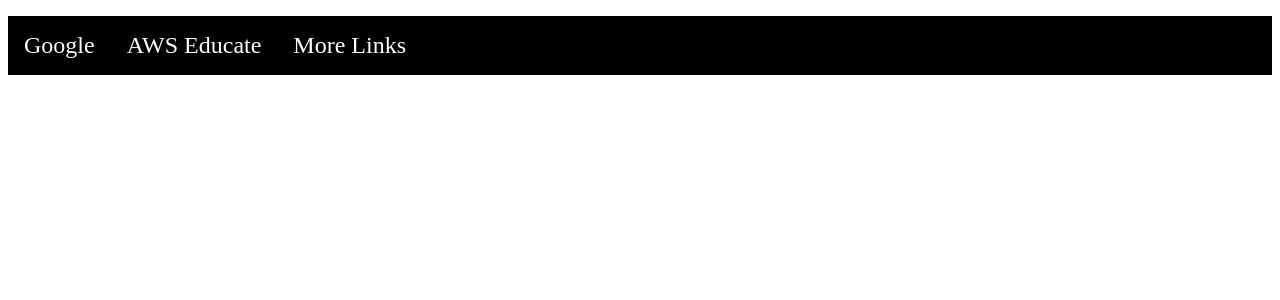
Repository: ChristianCain/ChristianCain.github.io
Page: html/index.html
The author's editor kept a record of every edit. The page is drawn from the files as they stood at one moment, then again after the next edit.
The browser window is 1280 px wide. The pictures show the whole page.

Above is the page before.

### html/index.html
<!DOCTYPE html>
<html>
    <head>
        <title>Home</title>
        <style>
          .navbar{
            list-style: none;
            background-color: black;
            overflow: hidden;
            padding: 0;
            }


            .navbar a, .dropdown div{
                text-decoration: none;
                color: white;
                font-size: 24px;
                padding: 16px;
                display: inline-block;

            }
            .navbar li{
                float: left;
            }

            .navbar li:hover{
                background-color:pink;
            }

            .dropdown-content{
                list-style: none;
                padding: 0;
                display: none;
                position: absolute;
                z-index: 1;
                background-color: black;

            }

            .dropdown-content li{
                float: none;
            }

            .dropdown:hover .dropdown-content{
                display: block;
            }


        </style>



    </head>
    <body>
        <ul class="navbar">
            <li><a href="https://www.google.com">Google</a></li>
            <li><a href="https://awseducate.com">AWS Educate</a></li>
            <li class = "dropdown"</li>
                <div>More Links</div>
                <ul class="dropdown-content">
                    <li><a href="#">Project 1</a></li>
                    <li><a href="#">Project 2</a></li>
                    <li><a href="#">Project 3</a></li>

                </ul>


        </ul>
    </body>
</html>

After the next edit:
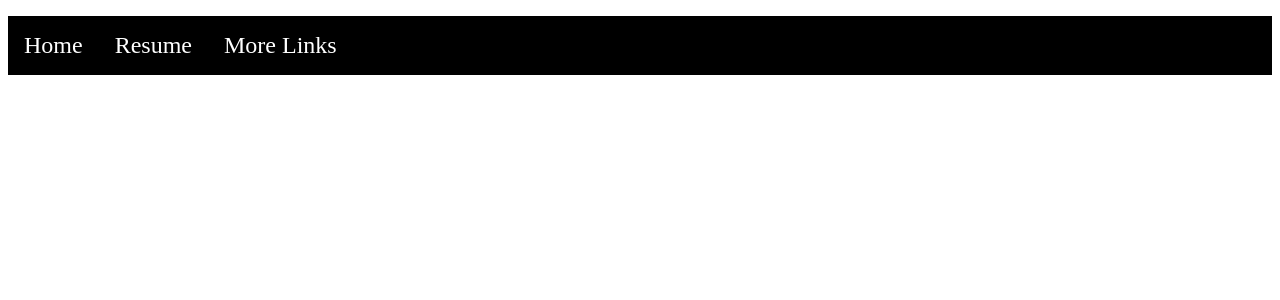
The edit:
--- a/html/index.html
+++ b/html/index.html
@@ -53,8 +53,8 @@
     </head>
     <body>
         <ul class="navbar">
-            <li><a href="https://www.google.com">Google</a></li>
-            <li><a href="https://awseducate.com">AWS Educate</a></li>
+            <li><a href="https://www.google.com">Home</a></li>
+            <li><a href="https://awseducate.com">Resume</a></li>
             <li class = "dropdown"</li>
                 <div>More Links</div>
                 <ul class="dropdown-content">
